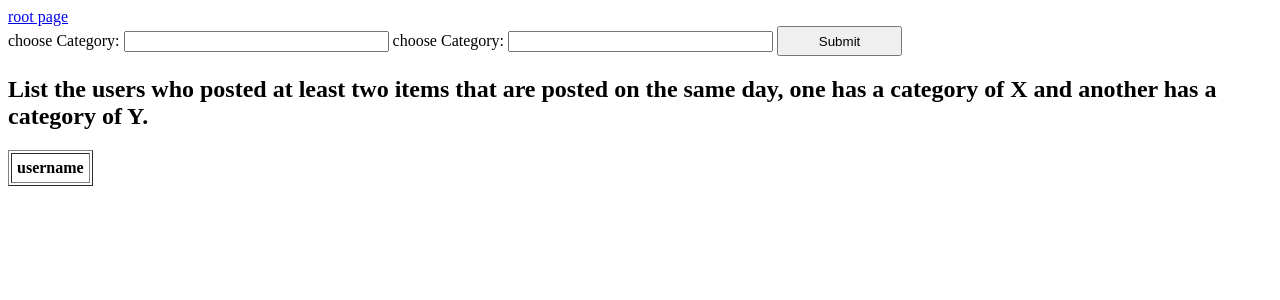
Repository: HamdanM/DatabaseProject
Page: http://localhost/DB3/Displaynum2.jsp
An editor plug-in stored every save of this project. The page is shown before and after the next save, followed by the edit.
The browser window is 1280 px wide. The pictures show the whole page.
The page is served by Tomcat 9. The template is opened directly, without the code that normally fills it, so the values that code supplies are empty.

Above is the page before, as saved 2019-07-28 03:46:36.

After the next save:
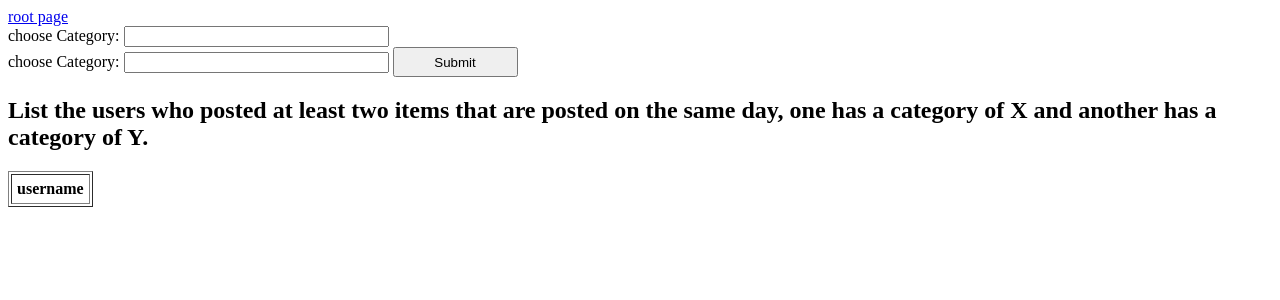
Saved 6 min 5 s later.
--- a/DB3/WebContent/Displaynum2.jsp
+++ b/DB3/WebContent/Displaynum2.jsp
@@ -13,7 +13,7 @@
 <form action="problemtwo" method="post">
         <label>choose Category: <input
                     type="text" name="cat1"
-                    size="30" maxlength="70" />
+                    size="30" maxlength="70" /><br>
         <label>choose Category: <input
                     type="text" name="cat2"
                     size="30" maxlength="70" />
